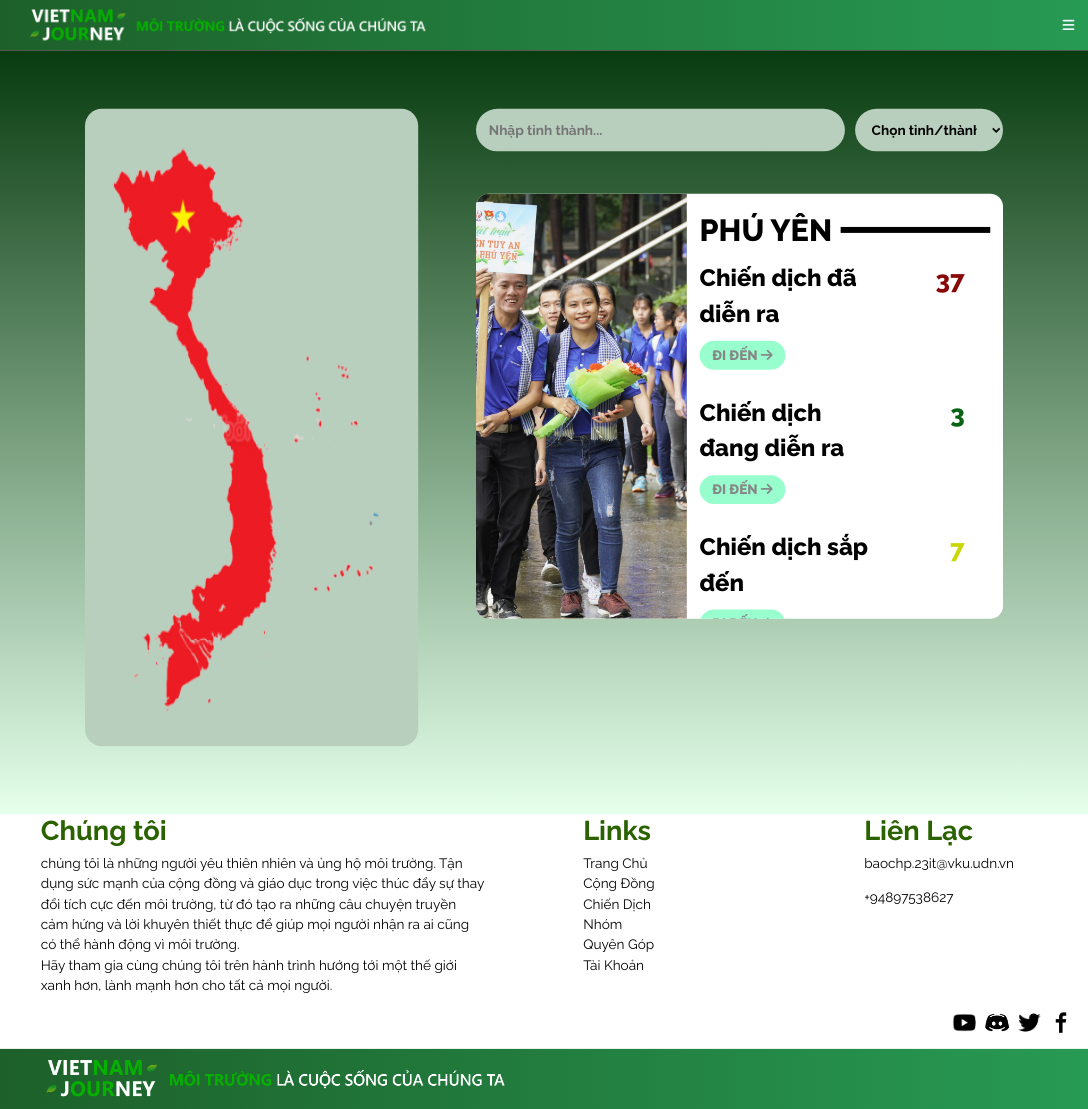
Repository: Boima12/Boima12.github.io_VietnamJourney
Page: HTML/ChienDich/ChienDich.html
The author's editor kept a copy of each file at every save. The page is drawn from the files as they stood at one save, then again after the next save.
The browser window is 1280 px wide. The pictures show the whole page, at 85% of full size.

Above is the page before, as saved 2024-05-25 08:37:57.

### HTML/ChienDich/ChienDich.html
<!DOCTYPE html>
<HTML lang="en">

<HEAD>
    <TITLE>Chiến Dịch</TITLE>
    <meta charset="UTF-8">
    <meta name="viewport" content="width=device-width, initial-scale=1.0">

    <!-- Favicon -->
    <link rel="icon" type="image/x-icon" href="../../Images/yo.ico">

    <!--Bootstrap 5-->
    <link href="https://cdn.jsdelivr.net/npm/bootstrap@5.3.3/dist/css/bootstrap.min.css" rel="stylesheet">
    <script src="https://cdn.jsdelivr.net/npm/bootstrap@5.3.3/dist/js/bootstrap.bundle.min.js"></script>
    <!-- <link rel="stylesheet" href="https://cdn.jsdelivr.net/npm/bootstrap@4.6.2/dist/css/bootstrap.min.css" integrity="sha384-xOolHFLEh07PJGoPkLv1IbcEPTNtaed2xpHsD9ESMhqIYd0nLMwNLD69Npy4HI+N" crossorigin="anonymous"> -->
    <!-- Font Awesome -->
    <link rel="stylesheet" href="https://cdnjs.cloudflare.com/ajax/libs/font-awesome/6.5.1/css/all.min.css">

    <!-- CSS -->
    <link rel="stylesheet" href="ChienDich.css">
</HEAD>



<BODY style="background-color: #FFF4E6;">

    <!-- header là Navigation bar -->
    <header id="header1">
        <div class="logo">
            <img class="logo1" src="../../Images/header1.png" onclick="navToIntro()" style="height: 40px;">
            <img class="logo2" src="../../Images/header2.png" onclick="navToIntro()">
        </div>

        <div class="links">
            <nav>
                <a href="../TrangChu/TrangChu.html">TRANG CHỦ</a>
                <a href="../CongDong/CongDong.html">CỘNG ĐỒNG</a>
                <a href="../ChienDich/ChienDich.html">CHIẾN DỊCH</a>
                <a href="../Nhom/Nhom.html">NHÓM</a>
                <a href="../QuyenGop/QuyenGop.html">QUYÊN GÓP</a>
                <a href="../TaiKhoan/TaiKhoan.html">TÀI KHOẢN</a>
            </nav>
        </div>

        <div class="bar" onclick="MenuBar()">
            <i class="fa-solid fa-bars"></i>
        </div>

        <div id="overlay"></div>

        <div id="sidebar">
            <div class="sidebar-content">

                <div style="color: aliceblue;text-align: right;margin-top:0;" onclick="CloseBar()"><i
                        class="fa-solid fa-bars"></i></div>

                <!-- <p>VỀ CHÚNG TÔI <i class="fa-regular fa-address-card"></i></p> -->
                <a href="../TrangChu/TrangChu.html">TRANG CHỦ <i class="fa-solid fa-house"></i></a>
                <a href="../CongDong/CongDong.html">CỘNG ĐỒNG <i class="fa-solid fa-earth-americas"></i></a>
                <a href="../ChienDich/ChienDich.html">CHIẾN DỊCH <i class="fa-solid fa-fire"></i></a>
                <a href="../Nhom/Nhom.html">NHÓM <i class="fa-solid fa-people-group"></i></a>
                <a href="../QuyenGop/QuyenGop.html">QUYÊN GÓP <i class="fa-solid fa-hand-holding-dollar"></i></a>
                <a href="../TaiKhoan/TaiKhoan.html">TÀI KHOẢN <i class="fa-solid fa-user"></i></a>
            </div>

        </div>

    </header>
    <div style="height: 3rem;"></div> <!-- Cách một khoảng cho navigation bar -->















<!-- LÀM Ở ĐÂY -->
    <div class="section-one">
        <div class="container">
            <div class="row">
                <div class="col-xl-5  col-lg-5 col-md-12 col-sm-12 col-12">
                    <div class="map">
                        <img src="./images/bando.png" alt="bản đồ việt nam">
                    </div>
                </div>
                <div class="col-xl-7 col-lg-7 col-md-12 col-sm-12 col-12">
                    <div class="right">
                        <div class="search">
                            <input type="search" class="inner-search" placeholder="Nhập tỉnh thành...">
                            <select id="province" name="province" required>
                                <option value="" selected disabled>Chọn tỉnh/thành</option>
                            </select>
                        </div>
                        <div class="content">
                            <img src="./images/anh1.jpg" alt="">
                            <div class="inner-content">
                                <div class="inner-title">
                                    <div class="inner-text">PHÚ YÊN</div>
                                    <div class="inner-line"></div>
                                </div>
                                <div class="part">
                                    <div class="inner-content">
                                        <div class="inner-title">Chiến dịch đã diễn ra</div>
                                        <div class="inner-button">ĐI ĐẾN <i class="fa-solid fa-arrow-right"></i></div>
                                    </div>
                                    <div class="inner-count red">37</div>
                                </div>
                                <div class="part">
                                    <div class="inner-content">
                                        <div class="inner-title">Chiến dịch đang diễn ra</div>
                                        <div class="inner-button">ĐI ĐẾN <i class="fa-solid fa-arrow-right"></i></div>
                                    </div>
                                    <div class="inner-count green">3</div>
                                </div>
                                <div class="part">
                                    <div class="inner-content">
                                        <div class="inner-title">Chiến dịch sắp đến</div>
                                        <div class="inner-button">ĐI ĐẾN <i class="fa-solid fa-arrow-right"></i></div>
                                    </div>
                                    <div class="inner-count yellow">7</div>
                                </div>
                            </div>
                        </div>
                    </div>
                </div>
            </div>
        </div>
    </div>















    <footer>
        <div class="up">
            <div id="about">
                <h2>Chúng tôi</h2>
                <p>chúng tôi là những người yêu thiên nhiên và ủng hộ môi trường. Tận dụng sức mạnh của cộng đồng và giáo dục trong việc thúc đẩy sự thay đổi tích cực đến môi trường, từ đó tạo ra những câu chuyện truyền cảm hứng và lời khuyên thiết thực để giúp mọi người nhận ra ai cũng có thể hành động vì môi trường.<br>
                    Hãy tham gia cùng chúng tôi trên hành trình hướng tới một thế giới xanh hơn, lành mạnh hơn cho tất cả mọi người.
                </p>
            </div>

            <div id="quickLinks">
                <h2>Links</h2>
                <a href="../../HTML/TrangChu/TrangChu.html">Trang Chủ</a>
                <a href="../../HTML/CongDong/CongDong.html">Cộng Đồng</a>
                <a href="../../HTML/ChienDich/ChienDich.html">Chiến Dịch</a>
                <a href="../../HTML/Nhom/Nhom.html">Nhóm</a>
                <a href="../../HTML/QuyenGop/QuyenGop.html">Quyên Góp</a>
                <a href="../../HTML/TaiKhoan/TaiKhoan.html">Tài Khoản</a>
            </div>

            <div id="contacts">
                <h2>Liên Lạc</h2>
                <p>baochp.23it@vku.udn.vn</p>
                <p>+94897538627</p>
            </div>
        </div>


        <div class="mid">
            <a href="https://www.youtube.com/channel/UC1cpkfqLNp6I1HgNy2MUhUg"><img src="../../Images/youtube_icon.png"></a>
            <a href="https://discord.com/invite/45fkbZcj"><img src="../../Images/discord_icon.png"></a>
            <a href="https://x.com/dog_rates"><img src="../../Images/twitter_icon.png"></a>
            <a href="https://web.facebook.com/vku.udn.vn/?_rdc=1&_rdr"><img src="../../Images/facebook_icon.png"></a>
        </div>


        <div class="bot">
            <img class="logo1" src="../../Images/header1.png">
            <img class="logo2" src="../../Images/header2.png">
        </div>
    </footer>


    <!-- JavaScript -->
    <script src="../../Script/ChienDich.js"></script>
    <noscript>Your Browser doesn't support JavaScript</noscript>

</BODY>

</HTML>

### HTML/ChienDich/ChienDich.css
/* IMPORTING */
@font-face {
    font-family: Raleway;
    src: url("../../Fonts/Raleway-VariableFont_wght.ttf");
}

/* END IMPORTING */

/*BASE*/
* {
    box-sizing: border-box;
}

:root {
    --color-bg: #05390C;
    --color-green: #00FF0A;
    --color-text: #000000;
    --color-desc: #868686;
  }

body {
    color: var(--color-text);
}

.container {
    max-width: 100%;
    padding-left: 100px;
    padding-right: 100px;
}

/*BASE*/

/* Loại bỏ margin - padding global */
* {
    margin: 0px;
    padding: 0px;
}


/* global font */
* {
    font-family: Raleway;
}



/* NAVIGATION BAR */
header {
    display: flex;
    align-items: center;
    justify-content: space-between;
    position: fixed;
    width: 100%;
    height: 60px;
    border-bottom: 1.5px solid rgb(97, 94, 94);
    background: linear-gradient(to right, rgb(29, 96, 42), rgb(39, 154, 83));
    z-index: 999;
}


header div.logo img {
    width: auto;
    height: 2.9rem;
    /* margin-left: 3rem; */
}

header div.logo img.logo1 {
    display: block;
    padding-left: 10px;
    margin: 20px;
}

header div.logo img.logo2 {
    display: none;
}


header div.links nav {
    display: flex;
    justify-content: space-around;
    width: 100%;
}


header div.links nav a {
    margin: 0;
    padding: 0 1rem;

    cursor: pointer;

    text-decoration: none;
    color: white;
    font-size: 16px;
    font-weight: 600;
}


header div.links nav a:hover {
    color: #b8e994;
}


header div.bar {
    display: none;
    margin-right: 1rem;

    color: aliceblue;
    text-align: right;
}


header #overlay {
    display: none;
    position: fixed;

    top: 0;
    left: 0;
    width: 100%;
    height: 100%;

    background-color: rgba(0, 0, 0, 0.8);

    z-index: 9999;
}


header #sidebar {
    display: flex;
    justify-content: flex-end;
    float: right;

    position: fixed;

    top: 0;
    right: -20%;
    width: 20%;
    height: 100%;
    border: none;
    overflow: hidden;

    background: linear-gradient(to top, rgb(37, 79, 46), rgb(53, 189, 105));

    transition: right 0.3s ease-in-out;
    z-index: 10000;

}


header #sidebar.open {
    right: 0;
}


header #sidebar div.sidebar-content {
    display: flex;
    flex-direction: column;
    overflow-y: auto;
    overflow-x: hidden;
    padding: 1.5rem;
    width: 100%;
}


header #sidebar div.sidebar-content a {
    text-align: right;
    text-decoration: none;
    font-size: 1.2rem;

    color: aliceblue;
    margin-top: 1.5rem;

    margin-right: 0;
}


header #sidebar div.sidebar-content a:hover {
    color: #b8e994;
}


header #sidebar div.sidebar-content i {
    font-size: smaller;
}

/* END NAVIGATION BAR */

/* SECTION-ONE */
.section-one {
    background-image: linear-gradient(to bottom, #05390C, #E5FFEB);
    padding-top: 80px;
    padding-bottom: 80px;
}

.map {
    width: 90%;
    position: relative;
    border-radius: 20px;
    max-width: 100%;
    overflow: hidden;
    height: 750px;
    object-fit: cover;
    background-color: #b9cfbe ;
}

.map img {
    width: 100%;
    height: 100%;
}

.right {
    height: 700px;
}

.right .search {
    height: 50px;
    margin-bottom: 50px;
    display: flex;
    justify-content: space-between;
}

.right .search .inner-search {
    background-color: #B9CFBE;
    height: 100%;
    width: 70%;
    border-radius: 40px;
    border: none;
    padding: 5px 15px 5px 15px;
    font-size: 16px;
    font-weight: 700;
}

.right .search #province {
    background-color: #B9CFBE;
    height: 100%;
    width: 28%;
    border-radius: 40px;
    border: none;
    padding: 5px 15px 5px 15px;
    font-size: 16px;
    font-weight: 700;
}

.right .content {
    display: flex;
    border-radius: 15px;
    overflow: hidden;
    height: 500px;
    background-color: white;
}

.right .content img {
    width: 40%;
    height: auto;
    object-fit: cover;
}

.right .content .inner-content {
    width: 60%;
    padding: 15px;
}

.right .content .inner-content .inner-title {
    width: 100%;
    font-size: 36px;
    font-weight: 800;
    display: flex;
    align-items: center;
    margin-bottom: 10px;
}

.right .content .inner-content .inner-title .inner-text {
    display: inline-block;
}

.right .content .inner-content .inner-title .inner-line {
    flex-grow: 1;
    position: relative;
    height: 7px;
    background-color: #000000;
    line-height: 100%;
    margin-left: 10px;
}

.right .content .inner-content .part {
    width: 100%;
    display: flex;
    justify-content: space-between;
    margin-bottom: 30px;
}

.right .content .inner-content .part .inner-content {
    padding: 0;
}

.right .content .inner-content .part .inner-content .inner-title{
    font-size: 28px;
}

.right .content .inner-content .part .inner-content .inner-button {
    font-size: 16px;
    font-weight: 800;
    color: var(--color-desc);
    background-color: #98FECD;
    display: inline-block;
    padding: 5px 15px 5px 15px;
    border-radius: 20px;
}

.right .content .inner-content .part .inner-count {
    font-size: 30px;
    font-weight: 800;
    text-align: center;
    margin-right: 30px;
}

.right .content .inner-content .part .red {
    color: #880707;
}

.right .content .inner-content .part .green {
    color: #086214;
}

.right .content .inner-content .part .yellow {
    color: #c9d705;
}

/* END SECTION-ONE */











































/* Code CSS ở đây */






































/* FOOTER */
footer div.up {
    display: flex;
    justify-content: space-around;
    gap: 1.2rem;
    width: 100%;

    background-color: white;

}


footer div.up h2 {
    font-weight: bold;
    color: #2B6200;
}


footer div.up #about {
    display: flex;
    flex-direction: column;
    justify-content: flex-start;

    width: 50%;
    padding-left: 3rem;
    padding-right: 3rem;
}


footer div.up #quickLinks {
    display: flex;
    flex-direction: column;
    justify-content: flex-start;

    width: 25%;
    padding-left: 3rem;
    padding-right: 3rem;
}


footer div.up #quickLinks a {
    text-decoration: none;
    color: black;
}


footer div.up #contacts {
    display: flex;
    flex-direction: column;
    justify-content: flex-start;

    width: 25%;
    padding-left: 3rem;
    padding-right: 3rem;
}


footer div.mid {
    display: flex;
    justify-content: flex-end;
    gap: 0.5rem;

    width: 100%;
    padding-right: 1rem;
    padding-bottom: 1rem;
    background-color: white;
}


footer div.mid a img {
    width: 30px;
    height: 30px;
}


footer div.bot {
    display: flex;
    justify-content: flex-start;

    padding-left: 3rem;
    padding-top: 0.75rem;
    padding-bottom: 0.75rem;
    width: 100%;

    background: linear-gradient(to right, rgb(29, 96, 42), rgb(39, 154, 83));
}


footer div.bot img {
    width: auto;
    height: 2.9rem;
}


footer div.bot img.logo1 {
    display: block;
}


footer div.bot img.logo2 {
    display: none;
}


/* END FOOTER */













/* RESPONSIVE DESIGN */
@media (max-width: 1380px) {
    header div.links nav a {
        display: none;
    }

    header div.bar  {
        display: block;
    }

    header #sidebar {
        right: -30%;
        width: 30%;
    }
}


@media (max-width: 950px) {
    footer div.up {
        flex-direction: column;
    }

    footer div.up #about {
        width: 100%;
    }

    footer div.up #quickLinks {
        width: 100%;
    }

    footer div.up #contacts {
        width: 100%;
    }
}


@media (max-width: 630px) {
    header {
        height: 3.5rem;
    }

    header div.logo img.logo1 {
        display: none;
    }

    header div.logo img.logo2 {
        display: block;
    }

    header div.logo img {
        width: auto;
        height: 3.5rem;
        margin-left: 14rem;
    }

    header #sidebar {
        right: -50%;
        width: 50%;
    }

    footer div.bot {
        justify-content: center;
        padding-left: 0rem;
    }

    footer div.bot img {
        height: 3.5rem;
    }

    footer div.bot img.logo1 {
        display: none;
    }

    footer div.bot img.logo2 {
        display: block;
    }
}


@media (max-width: 560px) {
    header div.logo img {
        margin-left: 8rem;
    }

    header #sidebar {
        right: -60%;
        width: 60%;
    }
}


@media (max-width: 320px) {
    header div.logo img {
        margin-left: 5rem;
    }
}

/* END RESPONSIVE DESIGN */

### Script/ChienDich.js
// header menu bar
const overlay = document.getElementById('overlay');
const sidebar = document.getElementById('sidebar');

function MenuBar() {
    overlay.style.display = 'block';
    sidebar.classList.add('open');
}

function CloseBar() {
    overlay.style.display = 'none';
    sidebar.classList.remove('open');
}


// back to intro when click the logo
function navToIntro() {
    window.location.href = '../../index.html';
}


// navigation bar background transparency
// const header = document.getElementById('header1');
// function toggle_header() {
//     if (window.screenY == 0) {
//         header.style.background = 'linear-gradient(to right, rgba(29, 96, 42, 0), rgba(39, 154, 83, 0))';
//     } else if (window.screenY < 210) {
//         header.style.background = 'linear-gradient(to right, rgba(29, 96, 42, ' + parseInt(window.scrollY)*2 / 300 + '), rgba(39, 154, 83, ' + parseInt(window.scrollY)*2 / 300 + '))';
//     } else {
//         header.style.background = 'linear-gradient(to right, rgba(29, 96, 42, 0.7), rgba(39, 154, 83, 0.7))';
//     }
// }

// window.addEventListener('scroll', toggle_header);


const provinces = [
    "An Giang", "Bà Rịa - Vũng Tàu", "Bắc Giang", "Bắc Kạn", "Bạc Liêu",
    "Bắc Ninh", "Bến Tre", "Bình Định", "Bình Dương", "Bình Phước",
    "Bình Thuận", "Cà Mau", "Cần Thơ", "Cao Bằng", "Đà Nẵng",
    "Đắk Lắk", "Đắk Nông", "Điện Biên", "Đồng Nai", "Đồng Tháp",
    "Gia Lai", "Hà Giang", "Hà Nam", "Hà Nội", "Hà Tĩnh",
    "Hải Dương", "Hải Phòng", "Hậu Giang", "Hòa Bình", "Hưng Yên",
    "Khánh Hòa", "Kiên Giang", "Kon Tum", "Lai Châu", "Lâm Đồng",
    "Lạng Sơn", "Lào Cai", "Long An", "Nam Định", "Nghệ An",
    "Ninh Bình", "Ninh Thuận", "Phú Thọ", "Phú Yên", "Quảng Bình",
    "Quảng Nam", "Quảng Ngãi", "Quảng Ninh", "Quảng Trị", "Sóc Trăng",
    "Sơn La", "Tây Ninh", "Thái Bình", "Thái Nguyên", "Thanh Hóa",
    "Thừa Thiên Huế", "Tiền Giang", "TP Hồ Chí Minh", "Trà Vinh",
    "Tuyên Quang", "Vĩnh Long", "Vĩnh Phúc", "Yên Bái"
];

const select = document.getElementById('province');

provinces.forEach(province => {
    const option = document.createElement('option');
    option.value = province;
    option.textContent = province;
    select.appendChild(option);
});

After the next save:
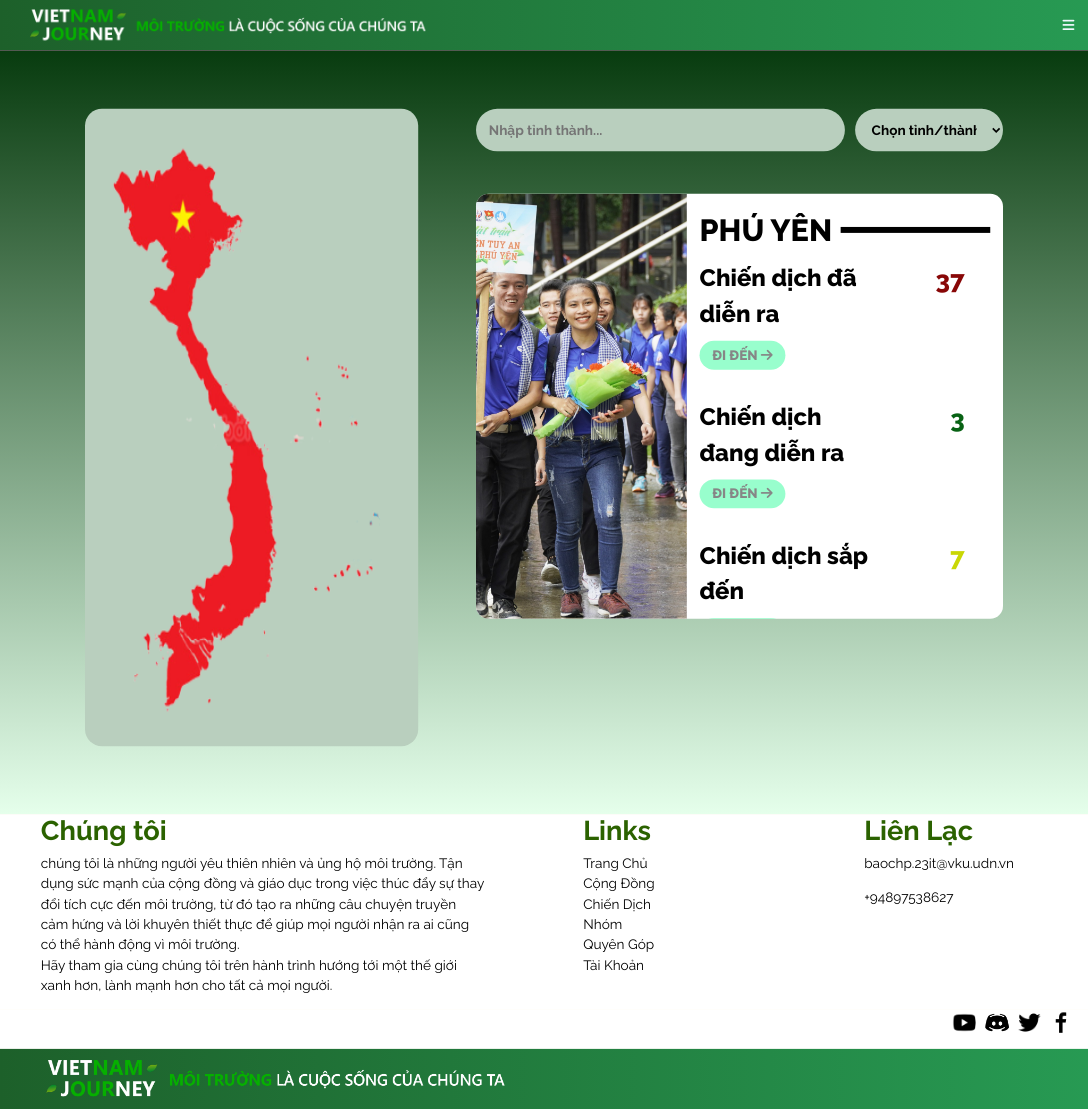
Saved 10 s later.
--- a/HTML/ChienDich/ChienDich.css
+++ b/HTML/ChienDich/ChienDich.css
@@ -285,7 +285,7 @@ header #sidebar div.sidebar-content i {
     width: 100%;
     display: flex;
     justify-content: space-between;
-    margin-bottom: 30px;
+    margin-bottom: 35px;
 }
 
 .right .content .inner-content .part .inner-content {
